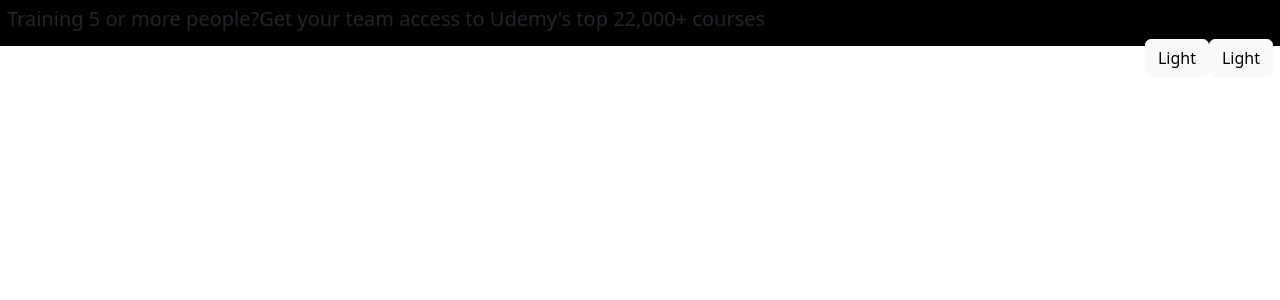
Repository: Taniafdes/newProject
Page: /division/division
These files come from the project's save history. The page is drawn as it stood at one moment and after a run of saves; the edit follows.
The browser window is 1280 px wide. The pictures show the whole page.
The project was rebuilt for these pictures with package versions that can differ from the ones it lists, and the page was loaded fresh each time. The framework's server and built-in components were replaced by stand-ins that run in the browser. Also part of the build but not shown: next.config.js.

Above is the page before, as saved 2023-06-15 15:26:24.

After the next 2 saves:
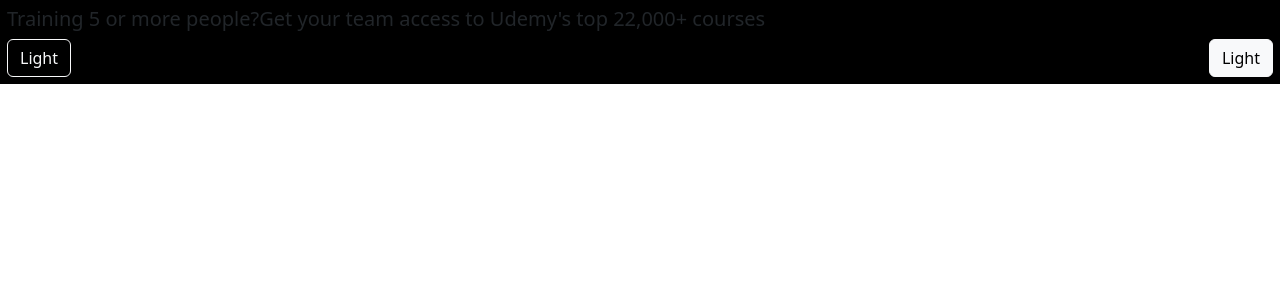
The 2 saves are shown as one change because they came seconds apart.
The last was saved 55 s later.
--- a/pages/division/division.js
+++ b/pages/division/division.js
@@ -7,7 +7,7 @@
     <div style={{backgroundColor: 'black', padding: '7px'}}>
     <h5>Training 5 or more people?Get your team access to Udemy's top 22,000+ courses</h5>
     <Button variant="light" style={{float: 'right'}}>Light</Button>
-    <Button variant="light" style={{float: 'right'}}>Light</Button>
+    <Button variant="outline-light">Light</Button>
     </div>
     </div>
   )

After the save that followed:
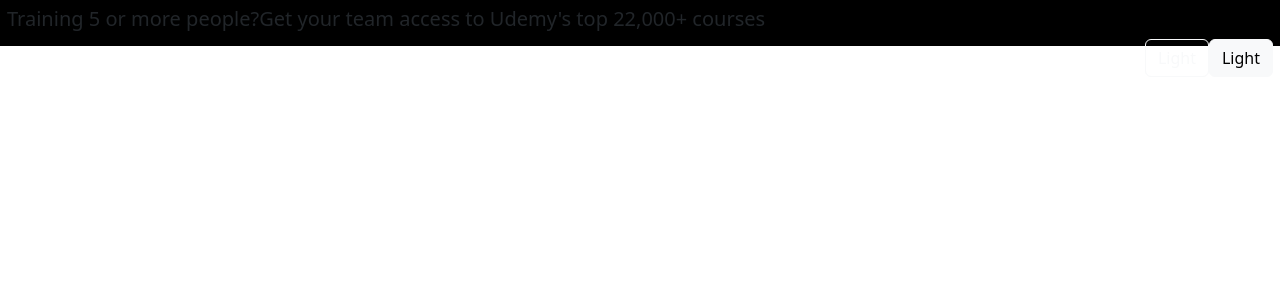
Saved 17 s later.
--- a/pages/division/division.js
+++ b/pages/division/division.js
@@ -7,7 +7,7 @@
     <div style={{backgroundColor: 'black', padding: '7px'}}>
     <h5>Training 5 or more people?Get your team access to Udemy's top 22,000+ courses</h5>
     <Button variant="light" style={{float: 'right'}}>Light</Button>
-    <Button variant="outline-light">Light</Button>
+    <Button variant="outline-light" style={{float: 'right'}}>Light</Button>
     </div>
     </div>
   )
